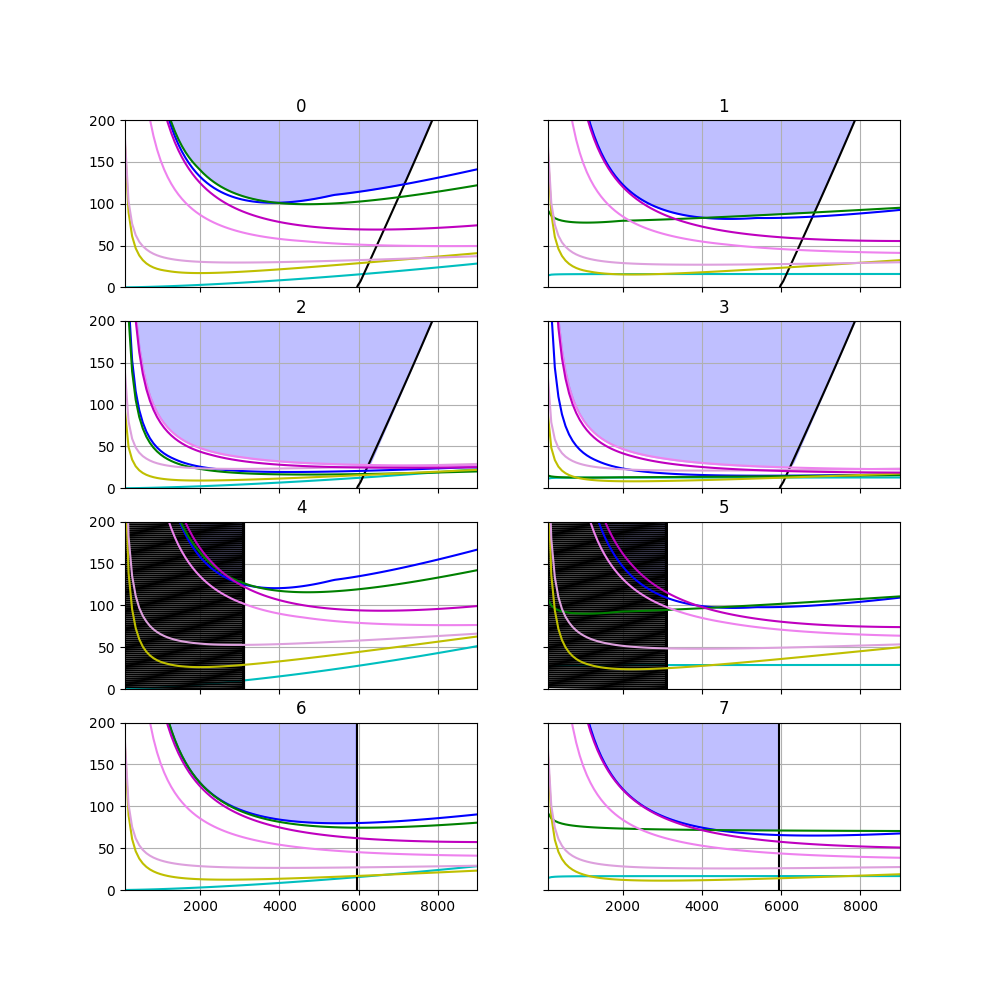
Repository: 12libao/DEA
Script's output: python Sizing_Method/ConstrainsAnalysis/ConstrainsAnalysisPDP1P2.py
The author's editor kept a copy of each file at every save. The script's output is drawn from the files as they stood at one save, then again after the next save.
Random numbers start from a fixed seed.

Above is the script's output before, as saved 2021-07-12 15:08:00.

### Sizing_Method/ConstrainsAnalysis/ConstrainsAnalysisPDP1P2.py
# author: Bao Li #
# Georgia Institute of Technology #
import sys
import os

sys.path.insert(0, os.getcwd())

import numpy as np
import matplotlib.pylab as plt
import Sizing_Method.Other.US_Standard_Atmosphere_1976 as atm
import Sizing_Method.Aerodynamics.ThrustLapse as thrust_lapse
import Sizing_Method.Aerodynamics.Aerodynamics as ad
import Sizing_Method.ConstrainsAnalysis.ConstrainsAnalysis as ca


"""
The unit use is IS standard
"""


class ConstrainsAnalysis_Mattingly_Method_with_DP_turbofun:
    """This is a power-based master constraints analysis"""

    def __init__(self, altitude, velocity, beta, wing_load, Hp=0.5, number_of_motor=12, C_DR=0):
        """

        :param beta: weight fraction
        :param Hp: P_motor/P_total
        :param n: number of motor
        :param K1: drag polar coefficient for 2nd order term
        :param K2: drag polar coefficient for 1st order term
        :param C_D0: the drag coefficient at zero lift
        :param C_DR: additional drag caused, for example, by external stores,
        braking parachutes or flaps, or temporary external hardware

        :return:
            power load: P_WTO
        """

        self.h = altitude
        self.v = velocity
        self.rho = atm.atmosphere(geometric_altitude=self.h).density()

        self.beta = beta
        self.hp = 1 - Hp
        self.n = number_of_motor

        # power lapse ratio
        self.alpha = thrust_lapse.thrust_lapse_calculation(altitude=self.h,
                                                           velocity=self.v).high_bypass_ratio_turbofan()

        self.k1 = ad.aerodynamics_without_pd(self.h, self.v).K1()
        self.k2 = ad.aerodynamics_without_pd(self.h, self.v).K2()
        self.cd0 = ad.aerodynamics_without_pd(self.h, self.v).CD_0()
        self.cdr = C_DR

        self.w_s = wing_load
        self.g0 = 9.80665

        self.coefficient = self.beta * self.v / self.alpha

        # Estimation of ΔCL and ΔCD
        pd = ad.aerodynamics_with_pd(
            self.h, self.v, Hp=self.hp, n=n, W_S=self.w_s)
        self.q = 0.5 * self.rho * self.v ** 2
        self.cl = self.beta * self.w_s / self.q
        # print(self.cl)
        self.delta_cl = pd.delta_lift_coefficient(self.cl)
        self.delta_cd0 = pd.delta_CD_0()

    def master_equation(self, n, dh_dt, dV_dt):
        cl = self.cl * n + self.delta_cl

        cd = self.k1 * cl ** 2 + self.k2 * cl + self.cd0 + self.cdr + self.delta_cd0
        p_w = self.coefficient * \
            (self.q / (self.beta * self.w_s) *
             cd + dh_dt / self.v + dV_dt / self.g0)
        return p_w

    def cruise(self):
        p_w = ConstrainsAnalysis_Mattingly_Method_with_DP_turbofun.master_equation(
            self, n=1, dh_dt=0, dV_dt=0)
        return p_w

    def climb(self, roc):
        p_w = ConstrainsAnalysis_Mattingly_Method_with_DP_turbofun.master_equation(
            self, n=1, dh_dt=roc, dV_dt=0)
        return p_w

    def level_turn(self, turn_rate=3, v=100):
        """
        assume 2 min for 360 degree turn, which is 3 degree/seconds
        assume turn at 300 knots, which is about 150 m/s
        """
        load_factor = (1 + ((turn_rate * np.pi / 180)
                       * v / self.g0) ** 2) ** 0.5
        p_w = ConstrainsAnalysis_Mattingly_Method_with_DP_turbofun.master_equation(
            self, n=load_factor, dh_dt=0, dV_dt=0)
        return p_w

    def take_off(self):
        """
        A320neo take-off speed is about 150 knots, which is about 75 m/s
        required runway length is about 2000 m
        K_TO is a constant greater than one set to 1.2 (generally specified by appropriate flying regulations)
        """
        Cl_max_to = 2.3  # 2.3
        K_TO = 1.2  # V_TO / V_stall
        s_G = 1266
        p_w = 2 / 3 * self.coefficient / self.v * self.beta * K_TO ** 2 / (
            s_G * self.rho * self.g0 * Cl_max_to) * self.w_s ** (
            3 / 2)
        return p_w

    def stall_speed(self, V_stall_to=65, Cl_max_to=2.3):
        V_stall_ld = 62

        Cl_max_ld = 2.87

        W_S_1 = 1 / 2 * self.rho * V_stall_to ** 2 * \
            (Cl_max_to + self.delta_cl)
        W_S_2 = 1 / 2 * self.rho * V_stall_ld ** 2 * \
            (Cl_max_ld + self.delta_cl)

        W_S = min(W_S_1, W_S_2)
        return W_S

    def service_ceiling(self, roc=0.5):
        p_w = ConstrainsAnalysis_Mattingly_Method_with_DP_turbofun.master_equation(
            self, n=1, dh_dt=roc, dV_dt=0)
        return p_w

    allFuncs = [take_off, stall_speed, cruise,
                service_ceiling, level_turn, climb]


class ConstrainsAnalysis_Mattingly_Method_with_DP_electric:
    """This is a power-based master constraints analysis

    the difference between turbofun and electric for constrains analysis:
    1. assume the thrust_lapse = 1 for electric propution
    2. hp = 1 - hp_turbofun
    """

    def __init__(self, altitude, velocity, beta, wing_load, Hp=0.5, number_of_motor=12, C_DR=0):
        """

        :param beta: weight fraction
        :param Hp: P_motor/P_total
        :param n: number of motor
        :param K1: drag polar coefficient for 2nd order term
        :param K2: drag polar coefficient for 1st order term
        :param C_D0: the drag coefficient at zero lift
        :param C_DR: additional drag caused, for example, by external stores,
        braking parachutes or flaps, or temporary external hardware

        :return:
            power load: P_WTO
        """

        self.h = altitude
        self.v = velocity
        self.rho = atm.atmosphere(geometric_altitude=self.h).density()

        self.beta = beta
        self.hp = Hp  # this is the difference part compare with turbofun
        self.n = number_of_motor

        # power lapse ratio
        self.alpha = 1  # this is the difference part compare with turbofun

        self.k1 = ad.aerodynamics_without_pd(self.h, self.v).K1()
        self.k2 = ad.aerodynamics_without_pd(self.h, self.v).K2()
        self.cd0 = ad.aerodynamics_without_pd(self.h, self.v).CD_0()
        self.cdr = C_DR

        self.w_s = wing_load
        self.g0 = 9.80665

        self.coefficient = self.beta * self.v / self.alpha

        # Estimation of ΔCL and ΔCD
        pd = ad.aerodynamics_with_pd(
            self.h, self.v, Hp=self.hp, n=n, W_S=self.w_s)
        self.q = 0.5 * self.rho * self.v ** 2
        self.cl = self.beta * self.w_s / self.q
        # print(self.cl)
        self.delta_cl = pd.delta_lift_coefficient(self.cl)
        self.delta_cd0 = pd.delta_CD_0()

    def master_equation(self, n, dh_dt, dV_dt):
        cl = self.cl * n + self.delta_cl

        cd = self.k1 * cl ** 2 + self.k2 * cl + self.cd0 + self.cdr + self.delta_cd0
        p_w = self.coefficient * \
            (self.q / (self.beta * self.w_s) *
             cd + dh_dt / self.v + dV_dt / self.g0)
        return p_w

    def cruise(self):
        p_w = ConstrainsAnalysis_Mattingly_Method_with_DP_electric.master_equation(
            self, n=1, dh_dt=0, dV_dt=0)
        return p_w

    def climb(self, roc):
        p_w = ConstrainsAnalysis_Mattingly_Method_with_DP_electric.master_equation(
            self, n=1, dh_dt=roc, dV_dt=0)
        return p_w

    def level_turn(self, turn_rate=3, v=100):
        """
        assume 2 min for 360 degree turn, which is 3 degree/seconds
        assume turn at 300 knots, which is about 150 m/s
        """
        load_factor = (1 + ((turn_rate * np.pi / 180)
                       * v / self.g0) ** 2) ** 0.5
        p_w = ConstrainsAnalysis_Mattingly_Method_with_DP_electric.master_equation(
            self, n=load_factor, dh_dt=0, dV_dt=0)
        return p_w

    def take_off(self):
        """
        A320neo take-off speed is about 150 knots, which is about 75 m/s
        required runway length is about 2000 m
        K_TO is a constant greater than one set to 1.2 (generally specified by appropriate flying regulations)
        """
        Cl_max_to = 2.3  # 2.3
        K_TO = 1.2  # V_TO / V_stall
        s_G = 1266
        p_w = 2 / 3 * self.coefficient / self.v * self.beta * K_TO ** 2 / (
            s_G * self.rho * self.g0 * Cl_max_to) * self.w_s ** (
            3 / 2)
        return p_w

    def stall_speed(self, V_stall_to=65, Cl_max_to=2.3):
        V_stall_ld = 62

        Cl_max_ld = 2.87

        W_S_1 = 1 / 2 * self.rho * V_stall_to ** 2 * \
            (Cl_max_to + self.delta_cl)
        W_S_2 = 1 / 2 * self.rho * V_stall_ld ** 2 * \
            (Cl_max_ld + self.delta_cl)

        W_S = min(W_S_1, W_S_2)
        return W_S

    def service_ceiling(self, roc=0.5):
        p_w = ConstrainsAnalysis_Mattingly_Method_with_DP_electric.master_equation(
            self, n=1, dh_dt=roc, dV_dt=0)
        return p_w

    allFuncs = [take_off, stall_speed, cruise,
                service_ceiling, level_turn, climb]


class ConstrainsAnalysis_Gudmundsson_Method_with_DP_turbofun:
    """This is a power-based master constraints analysis based on Gudmundsson_method"""

    def __init__(self, altitude, velocity, beta, wing_load, Hp=0.5, number_of_motor=12, e=0.75, AR=10.3):
        """

        :param beta: weight fraction
        :param e: wing planform efficiency factor is between 0.75 and 0.85, no more than 1
        :param AR: wing aspect ratio, normally between 7 and 10

        :return:
            power load: P_WTO
        """

        self.h = altitude
        self.v = velocity
        self.beta = beta
        self.w_s = wing_load
        self.g0 = 9.80665

        self.beta = beta
        self.hp = 1 - Hp
        self.n = number_of_motor

        self.rho = atm.atmosphere(geometric_altitude=self.h).density()

        # power lapse ratio
        self.alpha = thrust_lapse.thrust_lapse_calculation(altitude=self.h,
                                                           velocity=self.v).high_bypass_ratio_turbofan()
        h = 2.43  # height of winglets
        b = 35.8
        # equation 9-88, If the wing has winglets the aspect ratio should be corrected
        ar_corr = AR * (1 + 1.9 * h / b)
        self.k = 1 / (np.pi * ar_corr * e)
        self.coefficient = self.beta * self.v / self.alpha

        # Estimation of ΔCL and ΔCD
        pd = ad.aerodynamics_with_pd(
            self.h, self.v, Hp=self.hp, n=n, W_S=self.w_s)
        self.q = 0.5 * self.rho * self.v ** 2
        cl = self.beta * self.w_s / self.q
        self.delta_cl = pd.delta_lift_coefficient(cl)
        self.delta_cd0 = pd.delta_CD_0()

        # TABLE 3-1 Typical Aerodynamic Characteristics of Selected Classes of Aircraft
        cd_min = 0.02
        cd_to = 0.03
        cl_to = 0.8

        self.v_to = 68
        self.s_g = 1480
        self.mu = 0.04

        self.cd_min = cd_min + self.delta_cd0
        self.cl = cl + self.delta_cl

        self.cd_to = cd_to + self.delta_cd0
        self.cl_to = cl_to + self.delta_cl

    def cruise(self):
        p_w = self.q / self.w_s * (self.cd_min + self.k * self.cl ** 2)
        return p_w * self.coefficient

    def climb(self, roc):
        p_w = roc / self.v + self.q * self.cd_min / self.w_s + self.k * self.cl
        return p_w * self.coefficient

    def level_turn(self, turn_rate=3, v=100):
        """
        assume 2 min for 360 degree turn, which is 3 degree/seconds
        assume turn at 100 m/s
        """
        load_factor = (1 + ((turn_rate * np.pi / 180)
                       * v / self.g0) ** 2) ** 0.5
        q = 0.5 * self.rho * v ** 2
        p_w = q / self.w_s * (self.cd_min + self.k *
                              (load_factor / q * self.w_s + self.delta_cl) ** 2)
        return p_w * self.coefficient

    def take_off(self):
        q = self.q / 2
        p_w = self.v_to ** 2 / (2 * self.g0 * self.s_g) + q * self.cd_to / self.w_s + self.mu * (
            1 - q * self.cl_to / self.w_s)
        return p_w * self.coefficient

    def service_ceiling(self, roc=0.5):
        vy = (2 / self.rho * self.w_s *
              (self.k / (3 * self.cd_min)) ** 0.5) ** 0.5
        q = 0.5 * self.rho * vy ** 2
        p_w = roc / vy + q / self.w_s * \
            (self.cd_min + self.k * (self.w_s / q + self.delta_cl) ** 2)
        # p_w = roc / (2 / self.rho * self.w_s * (self.k / (3 * self.cd_min)) ** 0.5) ** 0.5 + 4 * (
        #         self.k * self.cd_min / 3) ** 0.5
        return p_w * self.coefficient

    def stall_speed(self, V_stall_to=65, Cl_max_to=2.3):
        V_stall_ld = 62

        Cl_max_ld = 2.87

        W_S_1 = 1 / 2 * self.rho * V_stall_to ** 2 * \
            (Cl_max_to + self.delta_cl)
        W_S_2 = 1 / 2 * self.rho * V_stall_ld ** 2 * \
            (Cl_max_ld + self.delta_cl)

        W_S = min(W_S_1, W_S_2)
        return W_S

    allFuncs = [take_off, stall_speed, cruise,
                service_ceiling, level_turn, climb]


class ConstrainsAnalysis_Gudmundsson_Method_with_DP_electric:
    """This is a power-based master constraints analysis based on Gudmundsson_method

    the difference between turbofun and electric for constrains analysis:
    1. assume the thrust_lapse = 1 for electric propution
    2. hp = 1 - hp_turbofun
    """

    def __init__(self, altitude, velocity, beta, wing_load, Hp=0.5, number_of_motor=12, e=0.75, AR=10.3):
        """

        :param beta: weight fraction
        :param e: wing planform efficiency factor is between 0.75 and 0.85, no more than 1
        :param AR: wing aspect ratio, normally between 7 and 10

        :return:
            power load: P_WTO
        """

        self.h = altitude
        self.v = velocity
        self.beta = beta
        self.w_s = wing_load
        self.g0 = 9.80665

        self.beta = beta
        self.hp = Hp  # this is the difference part compare with turbofun
        self.n = number_of_motor

        self.rho = atm.atmosphere(geometric_altitude=self.h).density()

        # power lapse ratio
        self.alpha = 1  # this is the difference part compare with turbofun

        h = 2.43  # height of winglets
        b = 35.8
        # equation 9-88, If the wing has winglets the aspect ratio should be corrected
        ar_corr = AR * (1 + 1.9 * h / b)
        self.k = 1 / (np.pi * ar_corr * e)
        self.coefficient = self.beta * self.v / self.alpha

        # Estimation of ΔCL and ΔCD
        pd = ad.aerodynamics_with_pd(
            self.h, self.v, Hp=self.hp, n=n, W_S=self.w_s)
        self.q = 0.5 * self.rho * self.v ** 2
        cl = self.beta * self.w_s / self.q
        self.delta_cl = pd.delta_lift_coefficient(cl)
        self.delta_cd0 = pd.delta_CD_0()

        # TABLE 3-1 Typical Aerodynamic Characteristics of Selected Classes of Aircraft
        cd_min = 0.02
        cd_to = 0.03
        cl_to = 0.8

        self.v_to = 68
        self.s_g = 1480
        self.mu = 0.04

        self.cd_min = cd_min + self.delta_cd0
        self.cl = cl + self.delta_cl

        self.cd_to = cd_to + self.delta_cd0
        self.cl_to = cl_to + self.delta_cl

    def cruise(self):
        p_w = self.q / self.w_s * (self.cd_min + self.k * self.cl ** 2)
        return p_w * self.coefficient

    def climb(self, roc):
        p_w = roc / self.v + self.q * self.cd_min / self.w_s + self.k * self.cl
        return p_w * self.coefficient

    def level_turn(self, turn_rate=3, v=100):
        """
        assume 2 min for 360 degree turn, which is 3 degree/seconds
        assume turn at 100 m/s
        """
        load_factor = (1 + ((turn_rate * np.pi / 180)
                       * v / self.g0) ** 2) ** 0.5
        q = 0.5 * self.rho * v ** 2
        p_w = q / self.w_s * (self.cd_min + self.k *
                              (load_factor / q * self.w_s + self.delta_cl) ** 2)
        return p_w * self.coefficient

    def take_off(self):
        q = self.q / 2
        p_w = self.v_to ** 2 / (2 * self.g0 * self.s_g) + q * self.cd_to / self.w_s + self.mu * (
            1 - q * self.cl_to / self.w_s)
        return p_w * self.coefficient

    def service_ceiling(self, roc=0.5):
        vy = (2 / self.rho * self.w_s *
              (self.k / (3 * self.cd_min)) ** 0.5) ** 0.5
        q = 0.5 * self.rho * vy ** 2
        p_w = roc / vy + q / self.w_s * \
            (self.cd_min + self.k * (self.w_s / q + self.delta_cl) ** 2)
        # p_w = roc / (2 / self.rho * self.w_s * (self.k / (3 * self.cd_min)) ** 0.5) ** 0.5 + 4 * (
        #         self.k * self.cd_min / 3) ** 0.5
        return p_w * self.coefficient

    def stall_speed(self, V_stall_to=65, Cl_max_to=2.3):
        V_stall_ld = 62

        Cl_max_ld = 2.87

        W_S_1 = 1 / 2 * self.rho * V_stall_to ** 2 * \
            (Cl_max_to + self.delta_cl)
        W_S_2 = 1 / 2 * self.rho * V_stall_ld ** 2 * \
            (Cl_max_ld + self.delta_cl)
        W_S = min(W_S_1, W_S_2)
        return W_S

    allFuncs = [take_off, stall_speed, cruise,
                service_ceiling, level_turn, climb]

if __name__ == "__main__":
    n = 100
    w_s = np.linspace(100, 9000, n)
    constrains_name = ['take off', 'stall speed', 'cruise', 'service ceiling', 'level turn @3000m',
                       'climb @S-L', 'climb @3000m', 'climb @7000m']
    constrains = np.array([[0, 68, 0.988, 0.5], [0, 80, 1, 0.5], [11300, 230, 0.948, 0.8],
                           [11900, 230, 0.78, 0.5], [3000, 100, 0.984, 0.8], [0, 100, 0.984, 0.5],
                           [3000, 200, 0.975, 0.6], [7000, 230, 0.96, 0.8]])
    color = ['c', 'k', 'b', 'g', 'y', 'plum', 'violet', 'm']
    label = ['feasible region with PD', 'feasible region with PD', 'feasible region Gudmundsson',
             'feasible region without PD', 'feasible region without PD', 'feasible region Mattingly']
    methods = [ConstrainsAnalysis_Mattingly_Method_with_DP_turbofun,
               ConstrainsAnalysis_Gudmundsson_Method_with_DP_turbofun,
               ConstrainsAnalysis_Mattingly_Method_with_DP_electric,
               ConstrainsAnalysis_Gudmundsson_Method_with_DP_electric,
               ca.ConstrainsAnalysis_Mattingly_Method,
               ca.ConstrainsAnalysis_Gudmundsson_Method,
               ca.ConstrainsAnalysis_Mattingly_Method,
               ca.ConstrainsAnalysis_Gudmundsson_Method]
    subtitle = ["0", "1",'2','3','4','5','6','7']
    m = constrains.shape[0]
    p_w = np.zeros([m, n, 8])

    # plots
    fig, ax = plt.subplots(4, 2, sharex=True, sharey=True, figsize=(10, 10))
    ax = ax.flatten()
    for k in range(8):
        for i in range(m):
            for j in range(n):
                h = constrains[i, 0]
                v = constrains[i, 1]
                beta = constrains[i, 2]
                hp = constrains[i, 3]

                # calculate p_w
                if k < 4:
                    problem = methods[k](h, v, beta, w_s[j], hp)
                    if i >= 5:
                        p_w[i, j, k] = problem.allFuncs[-1](problem, roc=15 - 5 * (i - 5))
                    else:
                        p_w[i, j, k] = problem.allFuncs[i](problem)
                elif k > 5:
                    problem = methods[k](h, v, beta, w_s[j])
                    if i >= 5:
                        p_w[i, j, k] = problem.allFuncs[-1](problem, roc=15 - 5 * (i - 5))
                    else:
                        p_w[i, j, k] = problem.allFuncs[i](problem)
                elif k == 4:
                    if i == 1:
                        p_w[i, j, 4] = ConstrainsAnalysis_Mattingly_Method_with_DP_turbofun(
                            h, v, beta, w_s[j], hp).allFuncs[i](problem)
                        ax[k].plot(p_w[i, :, k], np.linspace(
                            0, 250, n), color=color[i], label=constrains_name[i])
                    else:
                        p_w[i, j, 4] = p_w[i, j, 0] + p_w[i, j, 2]
                else:
                    if i == 1:
                        p_w[i, j, 5] = ConstrainsAnalysis_Gudmundsson_Method_with_DP_turbofun(
                            h, v, beta, w_s[j], hp).allFuncs[i](problem)
                        ax[k].plot(p_w[i, :, k], np.linspace(
                            0, 250, n), color=color[i], label=constrains_name[i])
                    else:
                        p_w[i, j, 5] = p_w[i, j, 1] + p_w[i, j, 3]

            if i == 1:
                ax[k].plot(p_w[i, :, k], np.linspace(0, 250, n), color=color[i], label=constrains_name[i])
            else:
                ax[k].plot(w_s, p_w[i, :, k], color=color[i], label=constrains_name[i])
        p_w[1, :, k] = 200 / (p_w[1, -1, k] - p_w[1, 20, k]) * (w_s - p_w[1, 2, k])
        ax[k].fill_between(w_s, np.amax(p_w[0:m - 1, :, k], axis=0), 200, color='b', alpha=0.25)
        print(p_w)
        # plt.xlabel('Wing Load: $W_{TO}$/S (N/${m^2}$)')
        # plt.ylabel('Power-to-Load: $P_{SL}$/$W_{TO}$ (W/N)')
        # ax[k].legend(bbox_to_anchor=(1.002, 1), loc="upper left")
        # plt.gca().add_artist(l1)
        ax[k].set_xlim(100, 9000)
        ax[k].set_ylim(0, 200)
        # plt.tight_layout()
        ax[k].set_title(subtitle[k])
        ax[k].grid()
    plt.show()

### Sizing_Method/Aerodynamics/MachNmuber.py
# author: Bao Li #
# Georgia Institute of Technology #
import sys
import os

sys.path.insert(0, os.getcwd())

import numpy as np
import matplotlib.pylab as plt
import Sizing_Method.Other.US_Standard_Atmosphere_1976 as atm


class mach:
    """Mach Number"""

    def __init__(self, altitude, velocity):
        """

        :input h (m): altitude
               v (m/s): velocity

        :output a: Mach number
        """
        self.h = altitude
        self.v = velocity
        self.atoms = atm.atmosphere(self.h)

    def mach_number(self):
        a = self.v / self.atoms.sound_speed()
        return a

Loaded but not shown: Sizing_Method/ConstrainsAnalysis/ConstrainsAnalysis.py (274 lines, source omitted); Sizing_Method/Aerodynamics/Aerodynamics.py (174 lines, source omitted); Sizing_Method/Other/US_Standard_Atmosphere_1976.py (166 lines, source omitted); Sizing_Method/Aerodynamics/ThrustLapse.py (91 lines, source omitted)

After the next save:
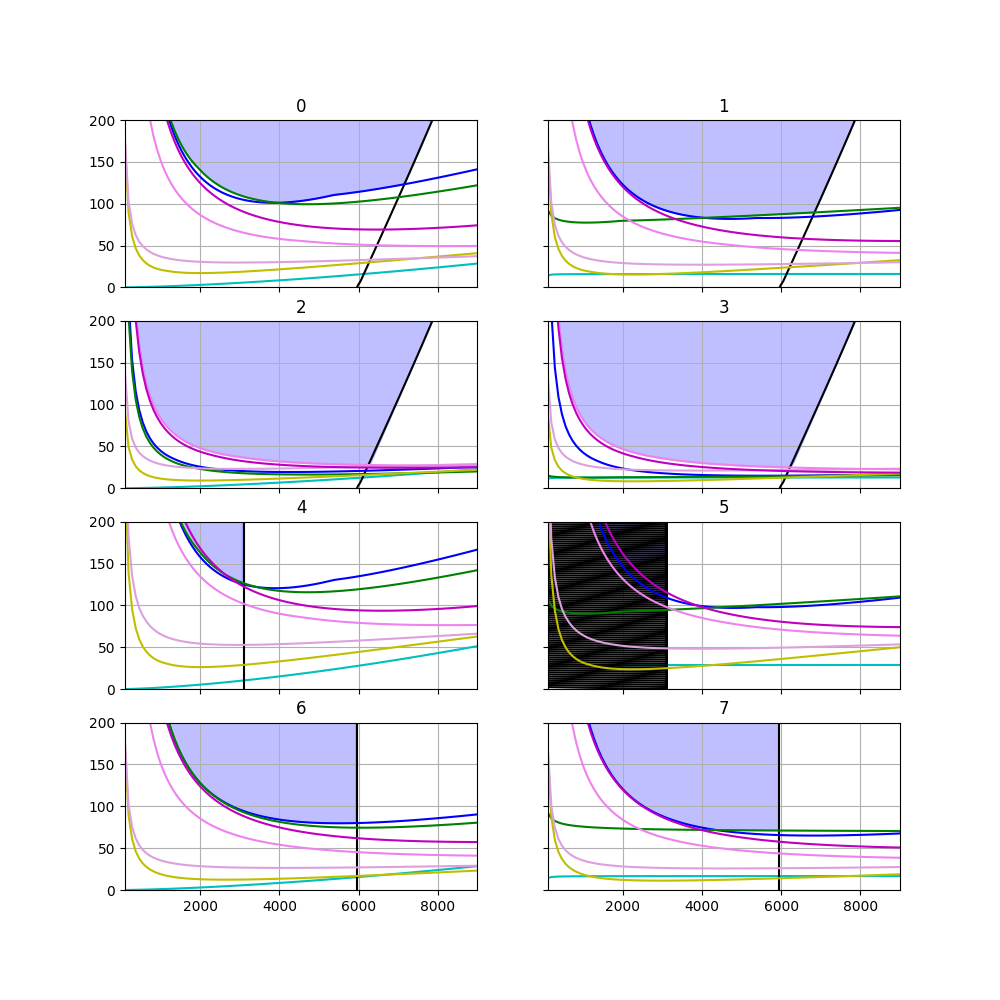
Saved 5 min 3 s later.
--- a/Sizing_Method/ConstrainsAnalysis/ConstrainsAnalysisPDP1P2.py
+++ b/Sizing_Method/ConstrainsAnalysis/ConstrainsAnalysisPDP1P2.py
@@ -532,8 +532,7 @@ if __name__ == "__main__":
                     if i == 1:
                         p_w[i, j, 4] = ConstrainsAnalysis_Mattingly_Method_with_DP_turbofun(
                             h, v, beta, w_s[j], hp).allFuncs[i](problem)
-                        ax[k].plot(p_w[i, :, k], np.linspace(
-                            0, 250, n), color=color[i], label=constrains_name[i])
+
                     else:
                         p_w[i, j, 4] = p_w[i, j, 0] + p_w[i, j, 2]
                 else:
